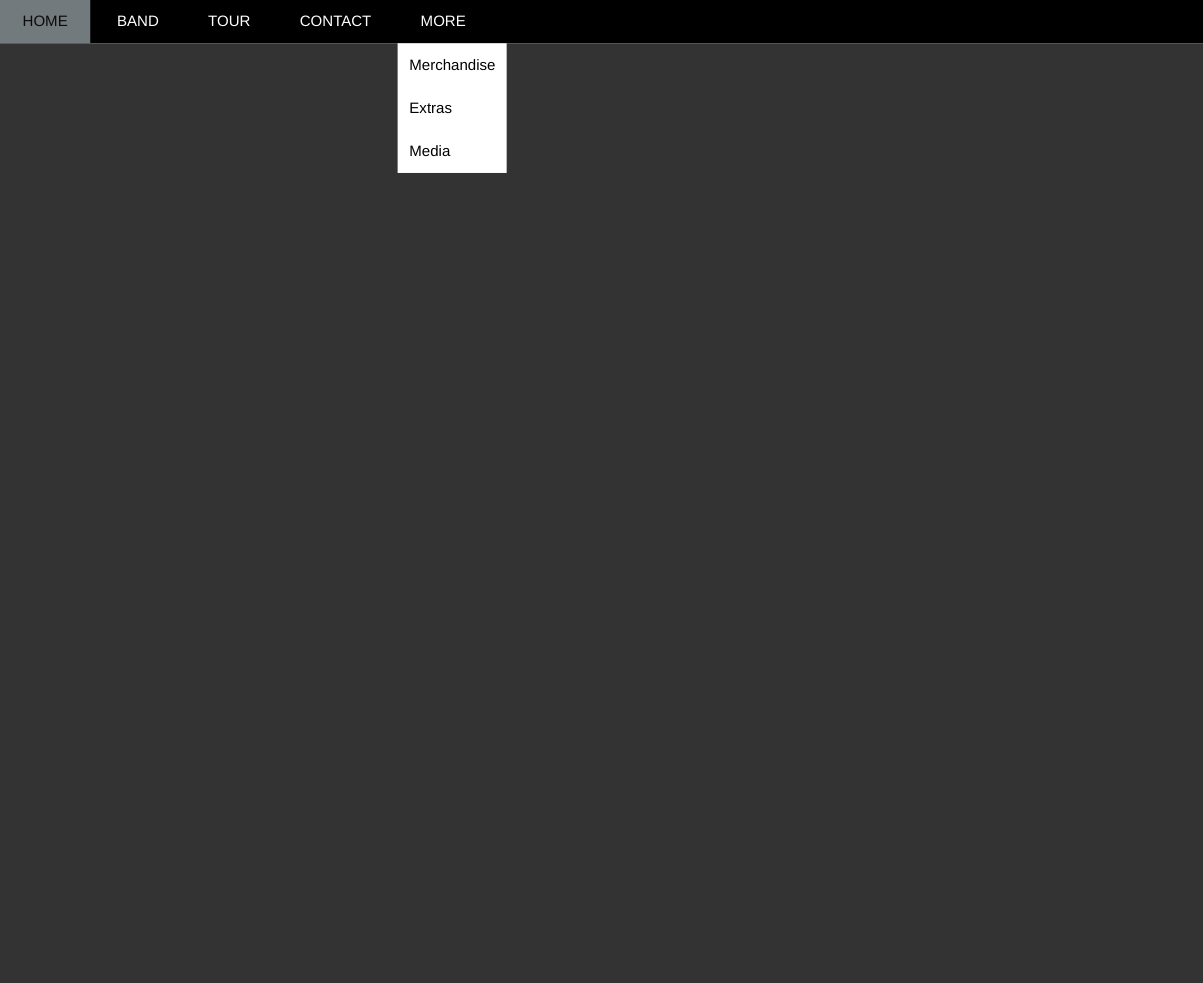
Repository: anhviet-key/hello-cac-ban
Page: HTMS_CSS ZERO 0/index.html
An editor plug-in stored every save of this project. The page is shown before and after the next save, followed by the edit.
The browser window is 1280 px wide. The pictures show the whole page, at 94% of full size.

Above is the page before, as saved 2021-10-03 23:08:28.

### HTMS_CSS ZERO 0/index.html
<!DOCTYPE html>
<html lang="en">

<head>
    <meta charset="UTF-8">
    <meta http-equiv="X-UA-Compatible" content="IE=edge">
    <meta name="viewport" content="width=device-width, initial-scale=1.0">
    <title>Document</title>
    <link rel="stylesheet" href="./assets/css/style.css">
</head>

<body>
    <!--TODO: Let`s go-->
    <div id="main">
        <div id="header">
            <ul id="nav">
                <li>
                    <a href="#">Home</a>
                </li>
                <li>
                    <a href="#">Band</a>
                </li>
                <li>
                    <a href="#">Tour</a>
                </li>
                <li>
                    <a href="#">Contact</a>
                </li>
                <li>
                    <a href="#">More</a>
                    <ul class="subnav">
                        <li>
                            <a href="">Merchandise</a>
                        </li>
                        <li>
                            <a href="">Extras</a>
                        </li>
                        <li>
                            <a href="">Media</a>
                        </li>
                    </ul>
                </li>
            </ul>
        </div>
        <div id="slider">

        </div>
        <div id="content">
            <div class="slibar">

            </div>
        </div>
        <div id="footer">
            <div>

            </div>
        </div>
    </div>
</body>

</html>

### HTMS_CSS ZERO 0/assets/css/style.css
* {
    margin: 0;
    padding: 0;
    box-sizing: border-box;
}

html {
    font-family: helvetica, arial, sans-serif;
}

#main {}

#header {
    height: 46px;
    background-color: black;
}

#nav,
.subnav {
    list-style-type: none;
}

#nav>li {
    display: inline-block;
    position: relative;
}

#nav>li>a {
    color: #fff;
    text-transform: uppercase;
}

#nav li a {
    /* color: #fff; */
    text-decoration: none;
    line-height: 46px;
    padding: 0px 24px;
    display: block;
}

#nav>li:hover>a,
#nav .subnav li:hover a {
    color: rgb(12, 11, 11);
    background-color: rgb(115, 122, 126);
}

#nav .subnav {
    /* display: none; */
    position: absolute;
    background-color: #fff;
}

#nav .subnav a {
    color: black;
    padding: 0px 12px;
    line-height: height 30px;
}

#slider {
    min-height: 1000px;
    background-color: #333;
}

#content #footer

After the next save:
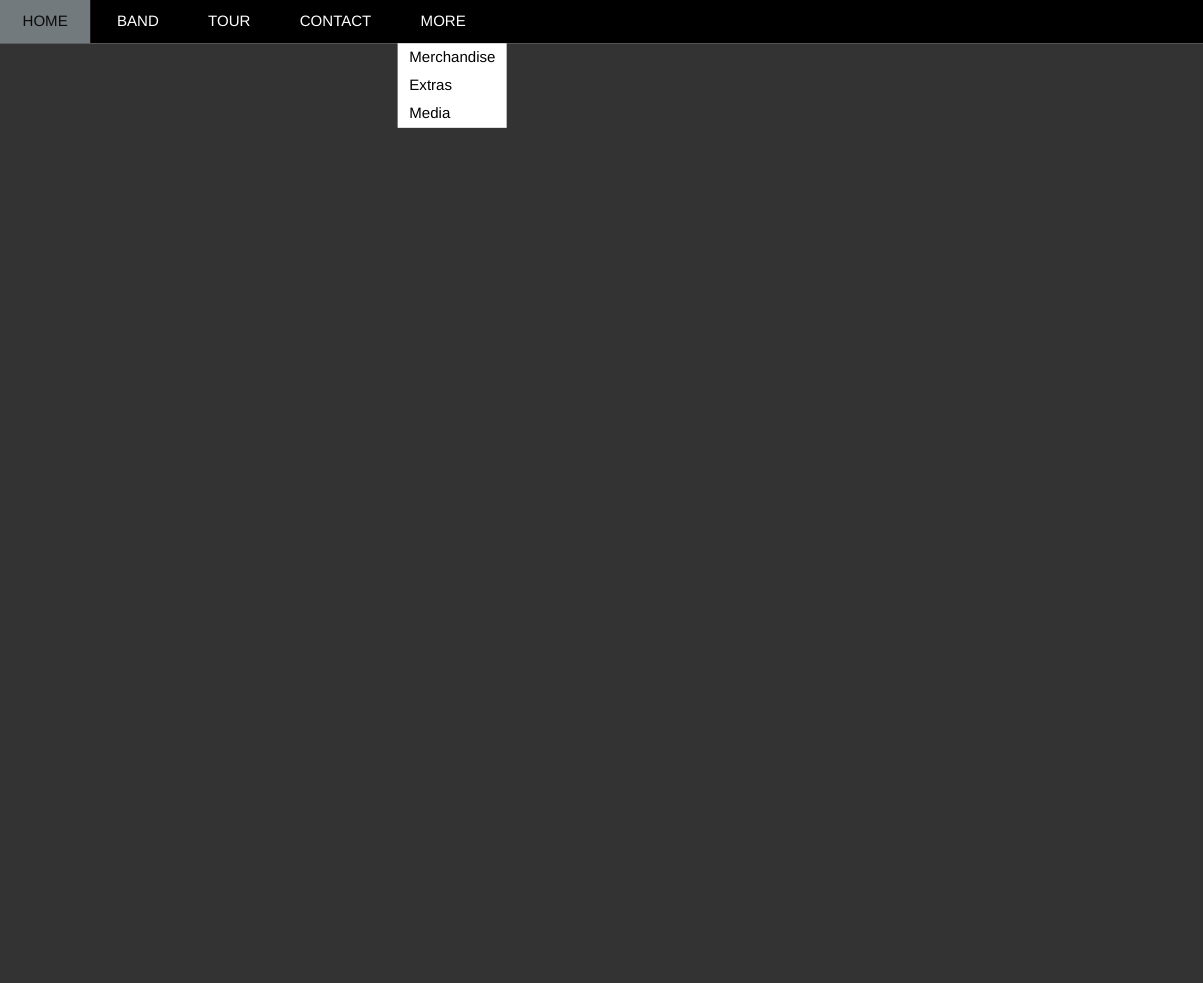
Saved 4 s later.
--- a/HTMS_CSS ZERO 0/assets/css/style.css
+++ b/HTMS_CSS ZERO 0/assets/css/style.css
@@ -53,7 +53,7 @@
 #nav .subnav a {
     color: black;
     padding: 0px 12px;
-    line-height: height 30px;
+    line-height: 30px;
 }
 
 #slider {
